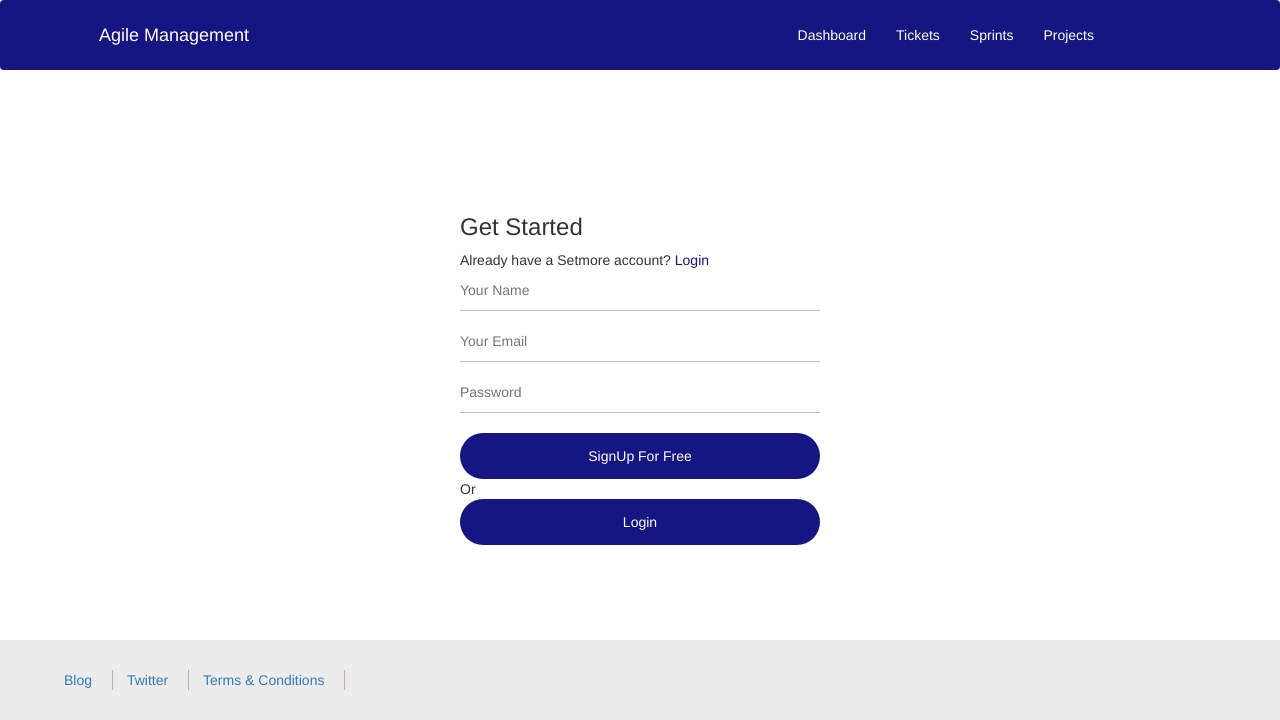
Repository: princexavier/agil
Page: http://localhost/Agile/index.jsp
The author's editor kept a copy of each file at every save. The page is drawn from the files as they stood at one save, then again after the next save.
The browser window is 1280 px wide. The pictures show the whole page.
Some web libraries are served in a nearby version. The page is served by Tomcat 9.

Above is the page before, as saved 2018-01-19 05:01:03.

After the next save:
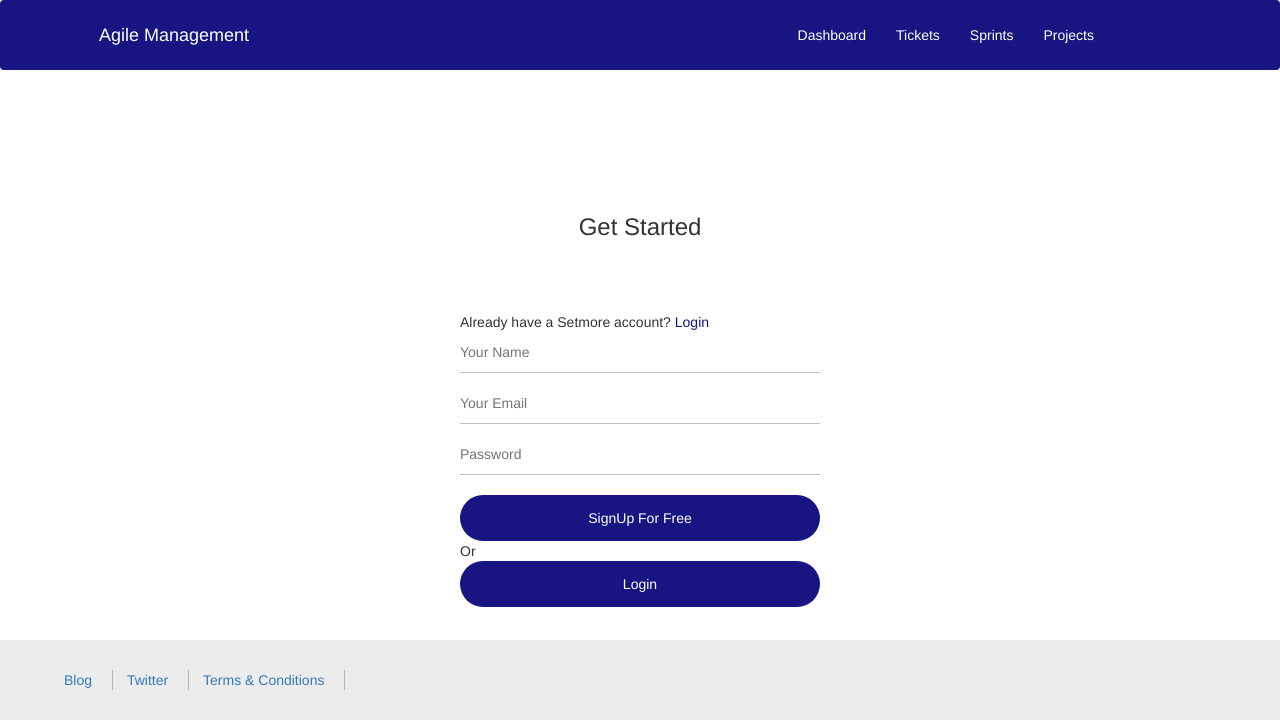
Saved 76 s later.
--- a/workspace/Agile/WebContent/css/style.css
+++ b/workspace/Agile/WebContent/css/style.css
@@ -23,6 +23,11 @@ a:hover {
 	background: #161582;
 	color: #fff;
 }
+.reg-form h3{
+	margin-top: 20%;
+    margin-bottom: 20%;
+    text-align: center;
+}
 .reg-form >span{
 	display:block;
 	padding-top:22px;
